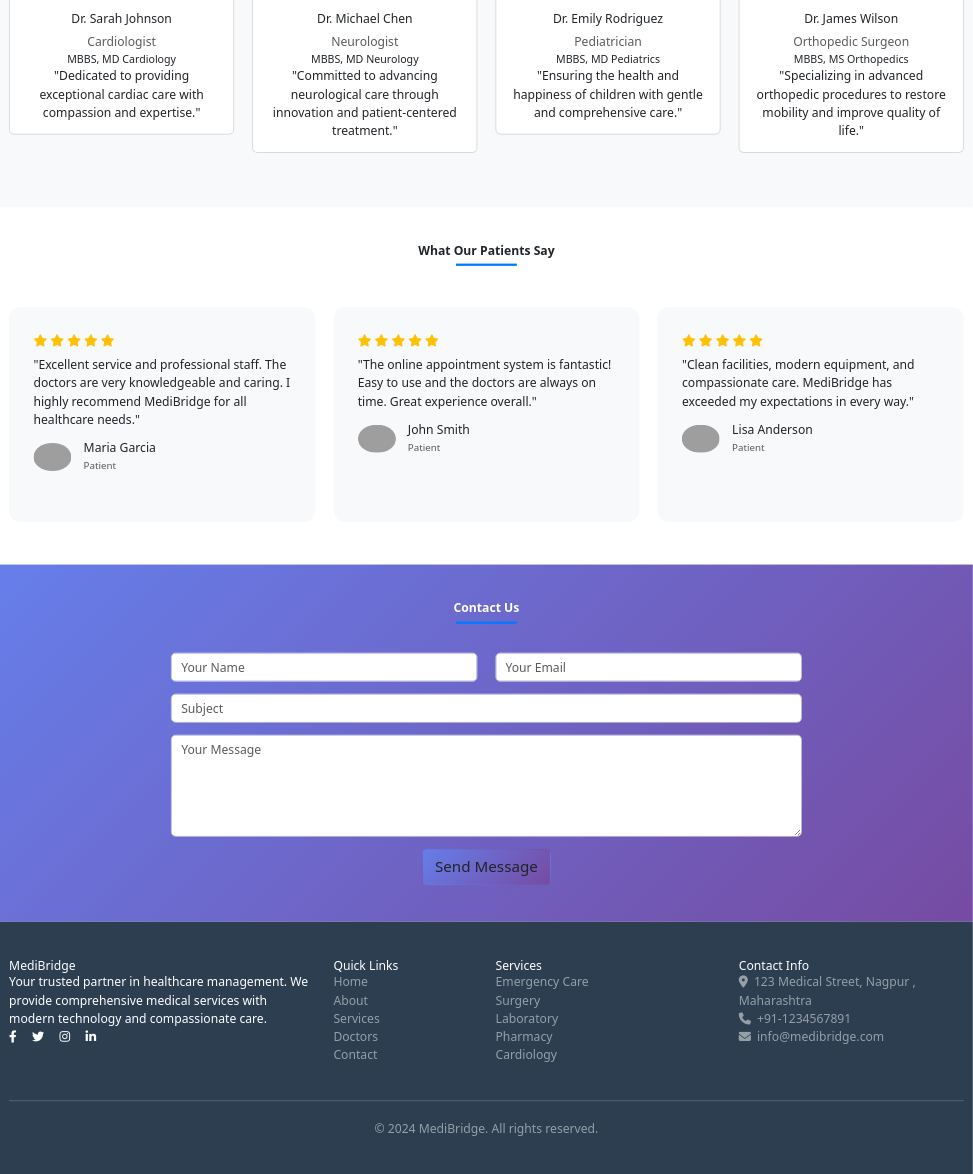
Repository: Abhinavan2004/MediBridge-hms
Page: http://localhost/Hospital_Management_System/
An editor plug-in stored every save of this project. The page is shown before and after the next save, followed by the edit.
The browser window is 1280 px wide. The pictures show the part of the page from y = 1663 to 3232 px (the page is 3208 px tall before and 3232 px after), at 76% of full size.
Pictures or frames that could not be fetched are drawn as grey boxes. The page is served by Tomcat 9. Other server files are loaded and not shown.

Above is the page before, as saved 2025-07-13 14:16:07.

### Hospital_Management_System/src/main/webapp/index.jsp
<%@ page language="java" contentType="text/html; charset=UTF-8" pageEncoding="UTF-8"%>
<!DOCTYPE html>
<html lang="en">
<head>
    <meta charset="UTF-8">
    <meta name="viewport" content="width=device-width, initial-scale=1.0">
    <title>MediBridge - Hospital Management System</title>
    <!-- Include CDN links from external file -->
<%@include file="components/cdn-links.jsp" %>
    <style>
        .hero-section {
            background: linear-gradient(135deg, #667eea 0%, #764ba2 100%);
            color: white;
            padding: 100px 0;
        }
        .feature-card {
            transition: transform 0.3s ease, box-shadow 0.3s ease;
            border: none;
            border-radius: 15px;
            height: 100%;
            padding: 2rem;
        }
        .feature-card:hover {
            transform: translateY(-10px);
            box-shadow: 0 20px 40px rgba(0,0,0,0.1);
        }
        .doctor-card {
            border: none;
            border-radius: 20px;
            overflow: hidden;
            transition: transform 0.3s ease;
            height: 100%;
        }
        .doctor-card:hover {
            transform: scale(1.05);
        }
        .doctor-img {
            width: 100%;
            height: 250px;
            object-fit: cover;
        }
        .review-card {
            background: #f8f9fa;
            border: none;
            border-radius: 15px;
            padding: 2rem;
            margin: 1rem 0;
            height: 100%;
        }
        .stars {
            color: #ffc107;
        }
        .contact-section {
            background: linear-gradient(135deg, #667eea 0%, #764ba2 100%);
            color: white;
        }
        .footer {
            background: #2c3e50;
            color: white;
        }
        .carousel-item {
            height: 500px;
        }
        .carousel-item img {
            width: 100%;
            height: 100%;
            object-fit: cover;
        }
        .section-title {
            position: relative;
            text-align: center;
            margin-bottom: 3rem;
            font-weight: bold;
        }
        .section-title::after {
            content: '';
            position: absolute;
            bottom: -10px;
            left: 50%;
            transform: translateX(-50%);
            width: 80px;
            height: 3px;
            background: #007bff;
        }
        .feature-icon {
            font-size: 3rem;
            color: #007bff;
            margin-bottom: 1rem;
        }
        .btn-custom {
            background: linear-gradient(135deg, #667eea 0%, #764ba2 100%);
            border: none;
            border-radius: 25px;
            padding: 10px 30px;
            color: white;
            font-weight: bold;
            transition: all 0.3s ease;
        }
        .btn-custom:hover {
            transform: translateY(-2px);
            box-shadow: 0 10px 20px rgba(0,0,0,0.2);
            color: white;
        }
    </style>
</head>
<body>
    <!-- Include Navbar -->
<%@include file="components/navbar.jsp" %>

    <!-- Image Carousel -->
    <div id="hospitalCarousel" class="carousel slide" data-bs-ride="carousel">
        <div class="carousel-indicators">
            <button type="button" data-bs-target="#hospitalCarousel" data-bs-slide-to="0" class="active"></button>
            <button type="button" data-bs-target="#hospitalCarousel" data-bs-slide-to="1"></button>
            <button type="button" data-bs-target="#hospitalCarousel" data-bs-slide-to="2"></button>
        </div>
        <div class="carousel-inner">
            <div class="carousel-item active">
                <img src="https://images.unsplash.com/photo-1551190822-a9333d879b1f?ixlib=rb-4.0.3&auto=format&fit=crop&w=2070&q=80" class="d-block w-100" alt="Hospital Building">
                <div class="carousel-caption d-none d-md-block">
                    <h2>Welcome to MediBridge</h2>
                    <p>Your trusted partner in healthcare management</p>
                </div>
            </div>
            <div class="carousel-item">
                <img src="https://images.unsplash.com/photo-1538108149393-fbbd81895907?ixlib=rb-4.0.3&auto=format&fit=crop&w=2128&q=80" class="d-block w-100" alt="Medical Team">
                <div class="carousel-caption d-none d-md-block">
                    <h2>Expert Medical Team</h2>
                    <p>Dedicated professionals committed to your health</p>
                </div>
            </div>
            <div class="carousel-item">
                <img src="https://images.unsplash.com/photo-1559757148-5c350d0d3c56?ixlib=rb-4.0.3&auto=format&fit=crop&w=2131&q=80" class="d-block w-100" alt="Modern Equipment">
                <div class="carousel-caption d-none d-md-block">
                    <h2>Modern Medical Equipment</h2>
                    <p>State-of-the-art technology for better healthcare</p>
                </div>
            </div>
        </div>
        <button class="carousel-control-prev" type="button" data-bs-target="#hospitalCarousel" data-bs-slide="prev">
            <span class="carousel-control-prev-icon"></span>
        </button>
        <button class="carousel-control-next" type="button" data-bs-target="#hospitalCarousel" data-bs-slide="next">
            <span class="carousel-control-next-icon"></span>
        </button>
    </div>

    <!-- Key Features Section -->
    <section class="py-5">
        <div class="container">
            <h2 class="section-title">Our Key Features</h2>
            <div class="row">
                <div class="col-lg-4 col-md-6 mb-4">
                    <div class="card feature-card text-center">
                        <div class="card-body">
                            <i class="fas fa-calendar-check feature-icon"></i>
                            <h4 class="card-title">Easy Appointment Booking</h4>
                            <p class="card-text">Book appointments with your preferred doctors online. Quick, easy, and convenient scheduling system.</p>
                        </div>
                    </div>
                </div>
                <div class="col-lg-4 col-md-6 mb-4">
                    <div class="card feature-card text-center">
                        <div class="card-body">
                            <i class="fas fa-user-md feature-icon"></i>
                            <h4 class="card-title">Expert Doctors</h4>
                            <p class="card-text">Our team of experienced & qualified doctors provide the best medical care with modern treatments.</p>
                        </div>
                    </div>
                </div>
                <div class="col-lg-4 col-md-6 mb-4">
                    <div class="card feature-card text-center">
                        <div class="card-body">
                            <i class="fas fa-ambulance feature-icon"></i>
                            <h4 class="card-title">Emergency Services</h4>
                            <p class="card-text">24/7 emergency medical services with rapid response team and state-of-the-art emergency equipment.</p>
                        </div>
                    </div>
                </div>
                <div class="col-lg-4 col-md-6 mb-4">
                    <div class="card feature-card text-center">
                        <div class="card-body">
                            <i class="fas fa-pills feature-icon"></i>
                            <h4 class="card-title">Pharmacy Services</h4>
                            <p class="card-text">In-house pharmacy with all essential medicines and prescriptions fulfilled with quality assurance.</p>
                        </div>
                    </div>
                </div>
                <div class="col-lg-4 col-md-6 mb-4">
                    <div class="card feature-card text-center">
                        <div class="card-body">
                            <i class="fas fa-microscope feature-icon"></i>
                            <h4 class="card-title">Advanced Lab Tests</h4>
                            <p class="card-text">Modern laboratory facilities with accurate diagnostic tests and quick result delivery.</p>
                        </div>
                    </div>
                </div>
                <div class="col-lg-4 col-md-6 mb-4">
                    <div class="card feature-card text-center">
                        <div class="card-body">
                            <i class="fas fa-bed feature-icon"></i>
                            <h4 class="card-title">Comfortable Rooms</h4>
                            <p class="card-text">Well-equipped patient rooms with modern amenities for comfortable stay during treatment.</p>
                        </div>
                    </div>
                </div>
            </div>
        </div>
    </section>

    <!-- Our Great Doctors Section -->
    <section class="py-5 bg-light">
        <div class="container">
            <h2 class="section-title">Our Great Doctors</h2>
            <div class="row">
                <div class="col-lg-3 col-md-6 mb-4">
                    <div class="card doctor-card">
                        <img src="https://images.unsplash.com/photo-1612349317150-e413f6a5b16d?ixlib=rb-4.0.3&auto=format&fit=crop&w=500&q=80" class="doctor-img" alt="Dr. Sarah Johnson">
                        <div class="card-body text-center">
                            <h5 class="card-title">Dr. Sarah Johnson</h5>
                            <p class="text-muted">Cardiologist</p>
                            <p class="small">MBBS, MD Cardiology</p>
                            <p class="card-text">"Dedicated to providing exceptional cardiac care with compassion and expertise."</p>
                        </div>
                    </div>
                </div>
                <div class="col-lg-3 col-md-6 mb-4">
                    <div class="card doctor-card">
                        <img src="https://images.unsplash.com/photo-1559839734-2b71ea197ec2?ixlib=rb-4.0.3&auto=format&fit=crop&w=500&q=80" class="doctor-img" alt="Dr. Michael Chen">
                        <div class="card-body text-center">
                            <h5 class="card-title">Dr. Michael Chen</h5>
                            <p class="text-muted">Neurologist</p>
                            <p class="small">MBBS, MD Neurology</p>
                            <p class="card-text">"Committed to advancing neurological care through innovation and patient-centered treatment."</p>
                        </div>
                    </div>
                </div>
                <div class="col-lg-3 col-md-6 mb-4">
                    <div class="card doctor-card">
                        <img src="https://images.unsplash.com/photo-1594824475317-8e9ba2b8a7c8?ixlib=rb-4.0.3&auto=format&fit=crop&w=500&q=80" class="doctor-img" alt="Dr. Emily Rodriguez">
                        <div class="card-body text-center">
                            <h5 class="card-title">Dr. Emily Rodriguez</h5>
                            <p class="text-muted">Pediatrician</p>
                            <p class="small">MBBS, MD Pediatrics</p>
                            <p class="card-text">"Ensuring the health and happiness of children with gentle and comprehensive care."</p>
                        </div>
                    </div>
                </div>
                <div class="col-lg-3 col-md-6 mb-4">
                    <div class="card doctor-card">
                        <img src="https://images.unsplash.com/photo-1582750433449-648ed127bb54?ixlib=rb-4.0.3&auto=format&fit=crop&w=500&q=80" class="doctor-img" alt="Dr. James Wilson">
                        <div class="card-body text-center">
                            <h5 class="card-title">Dr. James Wilson</h5>
                            <p class="text-muted">Orthopedic Surgeon</p>
                            <p class="small">MBBS, MS Orthopedics</p>
                            <p class="card-text">"Specializing in advanced orthopedic procedures to restore mobility and improve quality of life."</p>
                        </div>
                    </div>
                </div>
            </div>
        </div>
    </section>

    <!-- Reviews Section -->
    <section class="py-5">
        <div class="container">
            <h2 class="section-title">What Our Patients Say</h2>
            <div class="row">
                <div class="col-lg-4 mb-4">
                    <div class="review-card">
                        <div class="stars mb-2">
                            <i class="fas fa-star"></i>
                            <i class="fas fa-star"></i>
                            <i class="fas fa-star"></i>
                            <i class="fas fa-star"></i>
                            <i class="fas fa-star"></i>
                        </div>
                        <p class="mb-3">"Excellent service and professional staff. The doctors are very knowledgeable and caring. I highly recommend MediBridge for all healthcare needs."</p>
                        <div class="d-flex align-items-center">
                            <img src="https://images.unsplash.com/photo-1494790108755-2616b612b494?ixlib=rb-4.0.3&auto=format&fit=crop&w=150&q=80" class="rounded-circle me-3" width="50" height="50" alt="Patient">
                            <div>
                                <h6 class="mb-0">Maria Garcia</h6>
                                <small class="text-muted">Patient</small>
                            </div>
                        </div>
                    </div>
                </div>
                <div class="col-lg-4 mb-4">
                    <div class="review-card">
                        <div class="stars mb-2">
                            <i class="fas fa-star"></i>
                            <i class="fas fa-star"></i>
                            <i class="fas fa-star"></i>
                            <i class="fas fa-star"></i>
                            <i class="fas fa-star"></i>
                        </div>
                        <p class="mb-3">"The online appointment system is fantastic! Easy to use and the doctors are always on time. Great experience overall."</p>
                        <div class="d-flex align-items-center">
                            <img src="https://images.unsplash.com/photo-1507003211169-0a1dd7228f2d?ixlib=rb-4.0.3&auto=format&fit=crop&w=150&q=80" class="rounded-circle me-3" width="50" height="50" alt="Patient">
                            <div>
                                <h6 class="mb-0">John Smith</h6>
                                <small class="text-muted">Patient</small>
                            </div>
                        </div>
                    </div>
                </div>
                <div class="col-lg-4 mb-4">
                    <div class="review-card">
                        <div class="stars mb-2">
                            <i class="fas fa-star"></i>
                            <i class="fas fa-star"></i>
                            <i class="fas fa-star"></i>
                            <i class="fas fa-star"></i>
                            <i class="fas fa-star"></i>
                        </div>
                        <p class="mb-3">"Clean facilities, modern equipment, and compassionate care. MediBridge has exceeded my expectations in every way."</p>
                        <div class="d-flex align-items-center">
                            <img src="https://images.unsplash.com/photo-1438761681033-6461ffad8d80?ixlib=rb-4.0.3&auto=format&fit=crop&w=150&q=100" class="rounded-circle me-3" width="50" height="50" alt="Patient">
                            <div>
                                <h6 class="mb-0">Lisa Anderson</h6>
                                <small class="text-muted">Patient</small>
                            </div>
                        </div>
                    </div>
                </div>
            </div>
        </div>
    </section>

    <!-- Contact Us Section -->
    <section class="py-5 contact-section">
        <div class="container">
            <h2 class="section-title text-white">Contact Us</h2>
            <div class="row">
                <div class="col-lg-8 mx-auto">
                    <form>
                        <div class="row">
                            <div class="col-md-6 mb-3">
                                <input type="text" class="form-control" placeholder="Your Name" required>
                            </div>
                            <div class="col-md-6 mb-3">
                                <input type="email" class="form-control" placeholder="Your Email" required>
                            </div>
                        </div>
                        <div class="mb-3">
                            <input type="text" class="form-control" placeholder="Subject" required>
                        </div>
                        <div class="mb-3">
                            <textarea class="form-control" rows="5" placeholder="Your Message" required></textarea>
                        </div>
                        <div class="text-center">
                            <button type="submit" class="btn btn-custom btn-lg">Send Message</button>
                        </div>
                    </form>
                </div>
            </div>
        </div>
    </section>

    <!-- Footer -->
    <footer class="footer py-5">
        <div class="container">
            <div class="row">
                <div class="col-lg-4 mb-4">
                    <h5>MediBridge</h5>
                    <p>Your trusted partner in healthcare management. We provide comprehensive medical services with modern technology and compassionate care.</p>
                    <div class="social-links">
                        <a href="#" class="text-white me-3"><i class="fab fa-facebook-f"></i></a>
                        <a href="#" class="text-white me-3"><i class="fab fa-twitter"></i></a>
                        <a href="#" class="text-white me-3"><i class="fab fa-instagram"></i></a>
                        <a href="#" class="text-white me-3"><i class="fab fa-linkedin-in"></i></a>
                    </div>
                </div>
                <div class="col-lg-2 mb-4">
                    <h6>Quick Links</h6>
                    <ul class="list-unstyled">
                        <li><a href="#" class="text-white-50">Home</a></li>
                        <li><a href="#" class="text-white-50">About</a></li>
                        <li><a href="#" class="text-white-50">Services</a></li>
                        <li><a href="#" class="text-white-50">Doctors</a></li>
                        <li><a href="#" class="text-white-50">Contact</a></li>
                    </ul>
                </div>
                <div class="col-lg-3 mb-4">
                    <h6>Services</h6>
                    <ul class="list-unstyled">
                        <li><a href="#" class="text-white-50">Emergency Care</a></li>
                        <li><a href="#" class="text-white-50">Surgery</a></li>
                        <li><a href="#" class="text-white-50">Laboratory</a></li>
                        <li><a href="#" class="text-white-50">Pharmacy</a></li>
                        <li><a href="#" class="text-white-50">Cardiology</a></li>
                    </ul>
                </div>
                <div class="col-lg-3 mb-4">
                    <h6>Contact Info</h6>
                    <ul class="list-unstyled text-white-50">
                        <li><i class="fas fa-map-marker-alt me-2"></i>123 Medical Street, Nagpur , Maharashtra</li>
                        <li><i class="fas fa-phone me-2"></i>+91-1234567891</li>
                        <li><i class="fas fa-envelope me-2"></i>info@medibridge.com</li>
                    </ul>
                </div>
            </div>
            <hr class="my-4">
            <div class="row">
                <div class="col-lg-12 text-center">
                    <p class="text-white-50 mb-0">&copy; 2024 MediBridge. All rights reserved.</p>
                </div>
            </div>
        </div>
    <!-- Scripts are included in CDN file -->
</body>
</html>

### Hospital_Management_System/src/main/webapp/components/cdn-links.jsp
<!-- CDN Links File - Include this in your HTML files -->

<!-- Bootstrap CSS -->
<link href="https://cdn.jsdelivr.net/npm/bootstrap@5.3.0/dist/css/bootstrap.min.css" rel="stylesheet">

<!-- Tailwind CSS -->
<link href="https://cdn.jsdelivr.net/npm/tailwindcss@2.2.19/dist/tailwind.min.css" rel="stylesheet">

<!-- Font Awesome -->
<link rel="stylesheet" href="https://cdnjs.cloudflare.com/ajax/libs/font-awesome/6.4.0/css/all.min.css">

<!-- Bootstrap JS -->
<script src="https://cdn.jsdelivr.net/npm/bootstrap@5.3.0/dist/js/bootstrap.bundle.min.js"></script>

<!-- jQuery (optional, if needed) -->
<script src="https://cdnjs.cloudflare.com/ajax/libs/jquery/3.7.0/jquery.min.js"></script>

<!-- Popper.js (optional, if using Bootstrap tooltips/popovers separately) -->
<script src="https://cdnjs.cloudflare.com/ajax/libs/popper.js/2.11.8/umd/popper.min.js"></script>

### Hospital_Management_System/src/main/webapp/components/navbar.jsp
<!DOCTYPE html>
<html lang="en">
<head>
<meta charset="UTF-8">
<meta name="viewport" content="width=device-width, initial-scale=1.0">
<title>Fixed Navbar</title>
<!-- Include CDN links from external file -->
<%@ include file="cdn-links.jsp" %>
</head>
<body>

<nav class="navbar navbar-expand-lg navbar-dark bg-dark border-bottom">
<div class="container-fluid">
<a class="navbar-brand" href="#">
<img src="../assets/logo.png" alt="Logo" width="35" height="40" class="d-inline-block align-text-top me-2 rounded-circle"
     onerror="this.style.display='none'">
MediBridge
</a>

<!-- Navbar toggler for mobile -->
<button class="navbar-toggler" type="button" data-bs-toggle="collapse" data-bs-target="#navbarNavDropdown" aria-controls="navbarNavDropdown" aria-expanded="false" aria-label="Toggle navigation">
<span class="navbar-toggler-icon"></span>
</button>

<div class="collapse navbar-collapse" id="navbarNavDropdown">
<ul class="navbar-nav ms-auto">
<li class="nav-item me-4">
<a class="nav-link active" aria-current="page" href="../Admin.jsp">
<i class="fa-solid fa-user-shield me-1"></i>Admin
</a>
</li>
<li class="nav-item me-4">
<a class="nav-link" href="../Apointment.jsp">
<i class="fa-solid fa-calendar-check me-1"></i>Appointment
</a>
</li>
<li class="nav-item me-4">
<a class="nav-link" href="../User.jsp">
<i class="fa-solid fa-user me-1"></i>User
</a>
</li>
<li class="nav-item me-4">
<a class="nav-link" href="../Doctor.jsp">
<i class="fa-solid fa-user-doctor me-1"></i>Doctor
</a>
</li>
<li class="nav-item">
<a class="nav-link" href="#">
<i class="fa-solid fa-user-circle"></i>
</a>
</li>
</ul>
</div>
</div>
</nav>

<!-- Scripts are included in CDN file -->
</body>
</html>
</html>

After the next save:
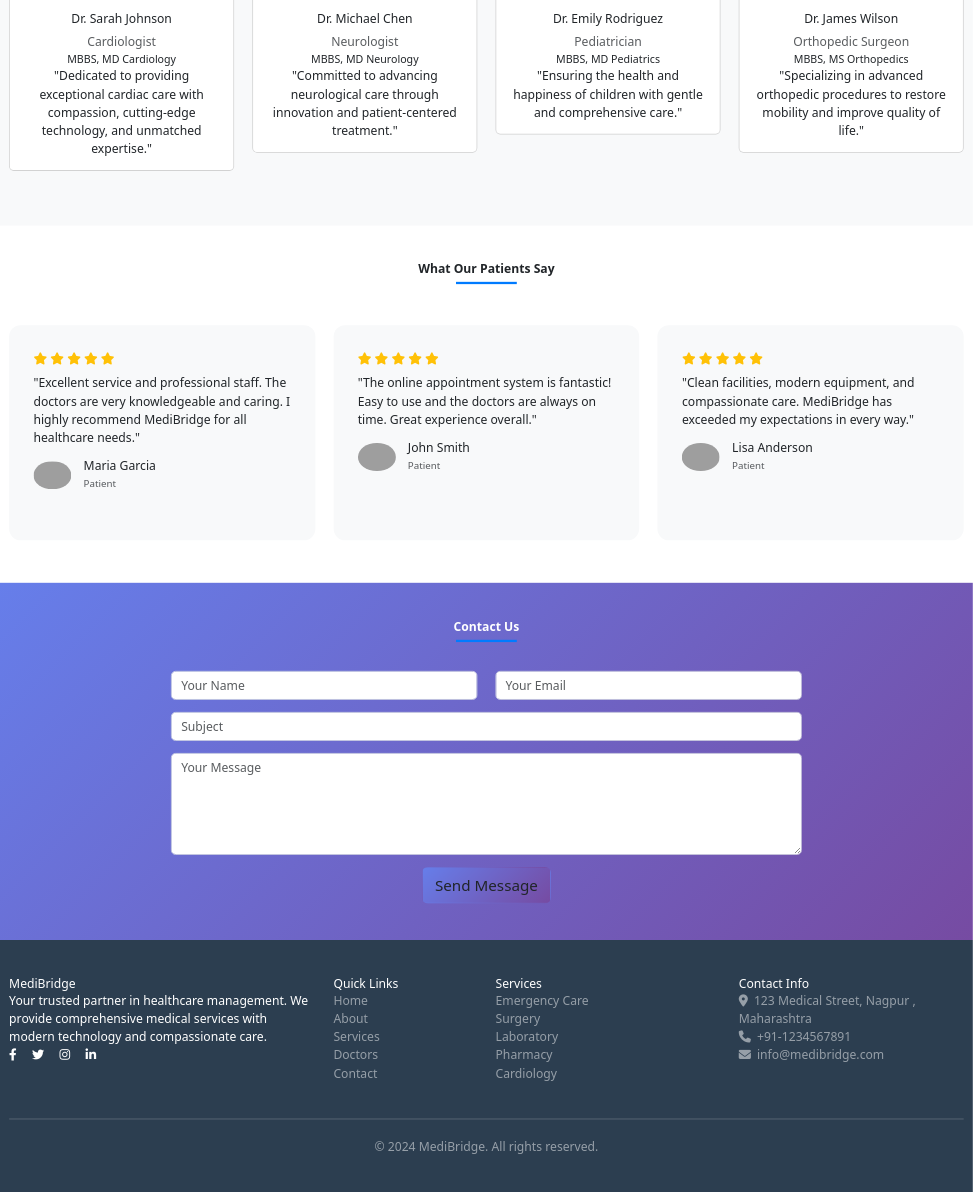
Saved 117 s later.
--- a/Hospital_Management_System/src/main/webapp/index.jsp
+++ b/Hospital_Management_System/src/main/webapp/index.jsp
@@ -220,7 +220,7 @@
                             <h5 class="card-title">Dr. Sarah Johnson</h5>
                             <p class="text-muted">Cardiologist</p>
                             <p class="small">MBBS, MD Cardiology</p>
-                            <p class="card-text">"Dedicated to providing exceptional cardiac care with compassion and expertise."</p>
+                            <p class="card-text">"Dedicated to providing exceptional cardiac care with compassion, cutting-edge technology, and unmatched expertise."</p>
                         </div>
                     </div>
                 </div>
